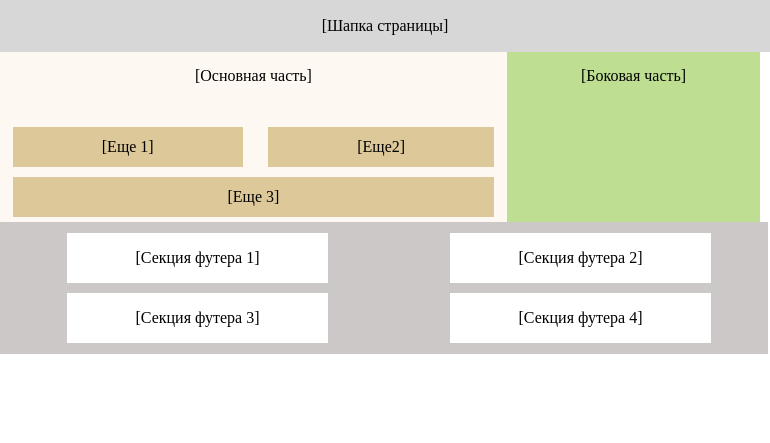
Repository: VictoriSyh/week7
Page: index_adapt.html
These files come from the project's save history. The page is drawn as it stood at one moment and after a run of saves; the edit follows.
The browser window is 768 px wide. The page is 770 px wide, so the pictures cover 770 px, including what lies to the right of the window. The pictures show the whole page.

Above is the page before, as saved 2025-01-02 18:15:18.

### index_adapt.html
<!DOCTYPE html>
<html lang="ru">
<head>
    <link rel="stylesheet" href="/styles/normalize.css">
    <link rel="stylesheet" href="./styles/style_adapt.css">
    <meta charset="UTF-8">
    <meta name="viewport" content="width=device-width, initial-scale=1.0">
    <link rel="shortcut icon" href="https://www.svgrepo.com/show/529024/home-wifi-angle.svg"
    type="image/svg">
    <title>Домашняя работа</title>
</head>
<body>
<header>
    [Шапка страницы]
</header>
    <main>
<div class="mainpart">
    <div class="left">
    <div class="block">[Основная часть]</div>
    <div class="one">[Еще 1]</div>
    <div class="two">[Еще2]</div>
    <div class="three">[Еще 3]</div>
</div>
<div class="right_block">
    <div class="text">[Боковая часть]</div>
</div>
</div>

</main>
    <footer>
        <div class="section">[Секция футера 1]</div>
        <div class="section">[Секция футера 2]</div>
        <div class="section">[Секция футера 3]</div>
        <div class="section">[Секция футера 4]</div>
    </footer>
</body>
</html

### styles/style_adapt.css
header{
    display: grid;
    align-items: center;
    justify-items: center;
    border: 1px solid rgb(215, 215, 215);
    background-color: rgb(215, 215, 215);
    height: 50px;
    width: 100%;
}
main{
    display: grid;
    width: 100%;
}

.mainpart{
    display: grid;
    grid-template-columns: 33% 33% 33%;
}

.left{
    display: grid;
    grid-template-rows: 70px 50px 50px;
    grid-column:1/3;
    background-color:rgb(253, 249, 242)
}

.block{
    display: grid;
    grid-row: 1/2;
    grid-column:1/3;
    margin: 15px;
    text-align: center;
}

.right_block{
    grid-row: 1/2;
    grid-column:3/4;
    background-color: rgb(190, 222, 145);
    text-align: center;
}

.text{
    margin: 15px;
}

.three{
    display: grid;
    grid-row: 3/4;
    grid-column:1/3;
    place-items: center;
    margin: auto;
    background-color: rgb(220, 200, 153);
    width: 95%;
    height: 80%;
}

.one{
    display: grid;
    grid-row: 2/3;
    grid-column:1/2;
    place-items: center;
    margin: auto;
    background-color: rgb(220, 200, 153);
    width: 90%;
    height: 80%;
}

.two{
    display: grid;
    grid-row: 2/3;
    grid-column:2/3;
    place-items: center;
    margin: auto;
    background-color: rgb(220, 200, 153);
    width: 90%;
    height: 80%;
}

footer{
    display: grid;
    grid-template-columns: repeat(auto-fit, minmax(200px, 1fr));
    gap: 10px;
    padding: 10px;
    justify-items: center;
    align-items: center;
    border: 1px solid rgb(204, 200, 200);
    background-color: rgb(204, 200, 200);
}
.section{
    display: grid;
    background-color: white;
    width: 70%;
    height: 50px;
    place-items: center;
}

/*Адаптация*/

/*Tablet*/
@media screen and (max-width: 850px) {
    footer{
        display: grid;
        grid-template-columns: 50% 50%;
        grid-template-rows: ;
    }
}

Loaded but not shown: styles/normalize.css (library)

After the next 3 saves:
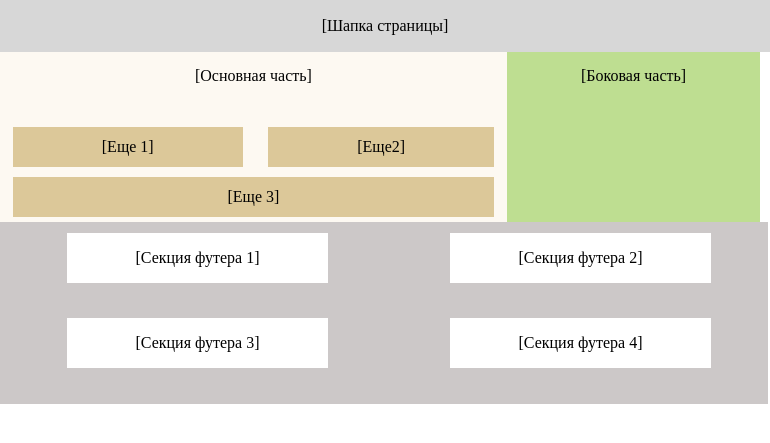
The 3 saves are shown as one change because they came seconds apart.
The last was saved 13 s later.
--- a/styles/style_adapt.css
+++ b/styles/style_adapt.css
@@ -101,6 +101,6 @@
     footer{
         display: grid;
         grid-template-columns: 50% 50%;
-        grid-template-rows: ;
+        grid-template-rows: 1fr 2fr;
     }
 }

After the save that followed:
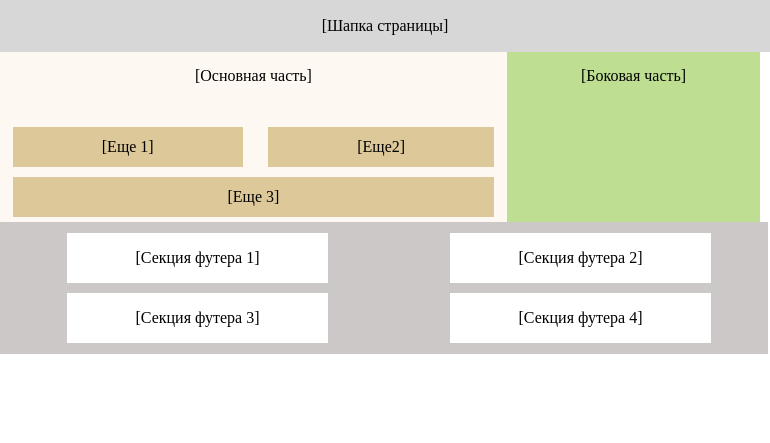
Saved 16 s later.
--- a/styles/style_adapt.css
+++ b/styles/style_adapt.css
@@ -101,6 +101,6 @@
     footer{
         display: grid;
         grid-template-columns: 50% 50%;
-        grid-template-rows: 1fr 2fr;
+        grid-template-rows: 1fr 1fr;
     }
 }
